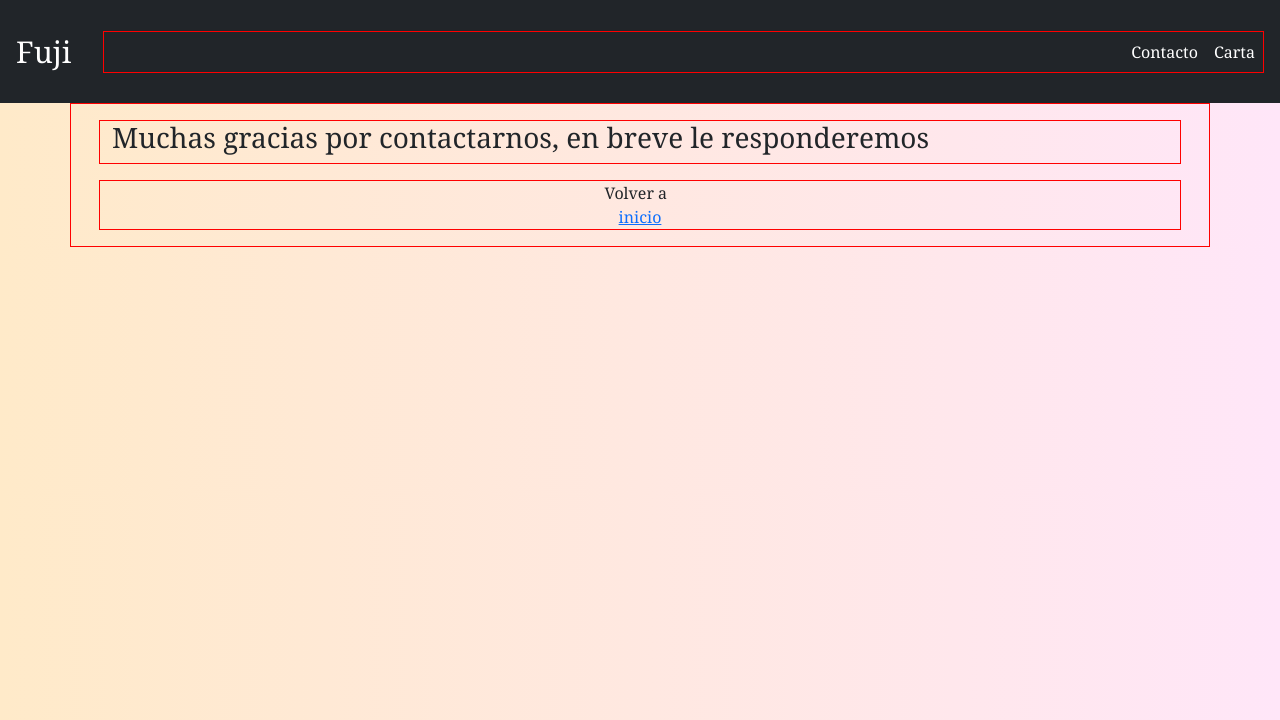
Repository: aipacheco/Fuji-restaurante
Page: answer.html
The author's editor kept a copy of each file at every save. The page is drawn from the files as they stood at one save, then again after a run of saves.
The browser window is 1280 px wide. The pictures show the whole page.
Some web libraries are served in a nearby version.

Above is the page before, as saved 2024-01-29 18:08:22.

After the next 2 saves:
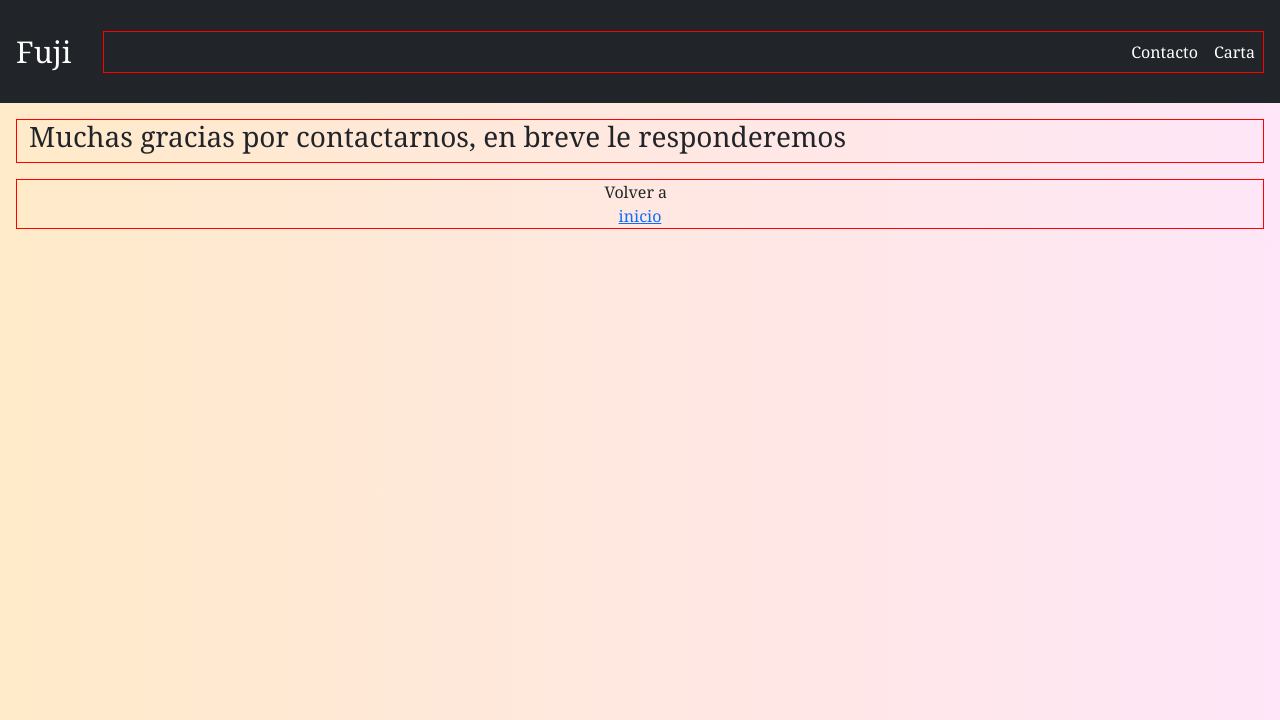
The 2 saves are shown as one change because they came seconds apart.
The last was saved 22 s later.
--- a/answer.html
+++ b/answer.html
@@ -48,8 +48,8 @@
       </div>
     </nav>
 
-    <div class="container">
-      <div class="row  d-flex justify-content-center m-3">
+    <!-- <div class="container"> -->
+      <div class="row d-flex justify-content-center m-3">
         <h3>Muchas gracias por contactarnos, en breve le responderemos</h3>
       </div>
       <div class="row d-flex justify-content-center text-center m-3">

After the save that followed:
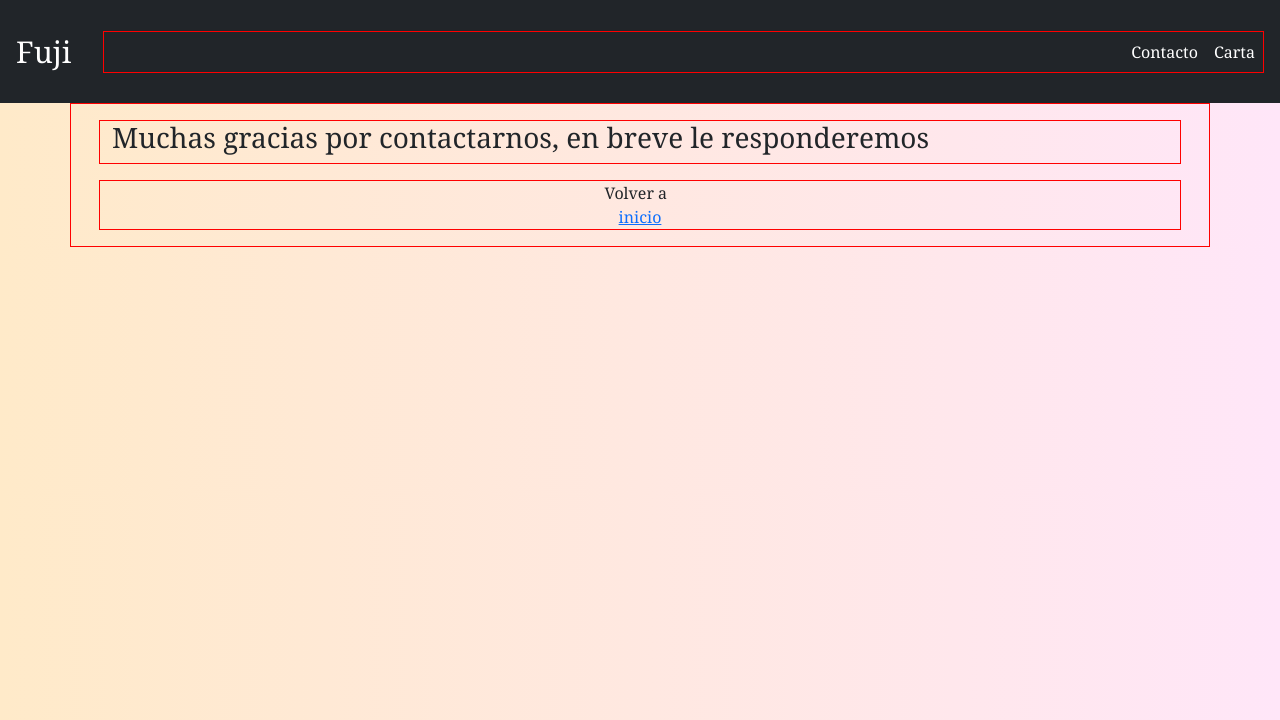
Saved 11 s later.
--- a/answer.html
+++ b/answer.html
@@ -48,7 +48,7 @@
       </div>
     </nav>
 
-    <!-- <div class="container"> -->
+    <div class="container">
       <div class="row d-flex justify-content-center m-3">
         <h3>Muchas gracias por contactarnos, en breve le responderemos</h3>
       </div>
